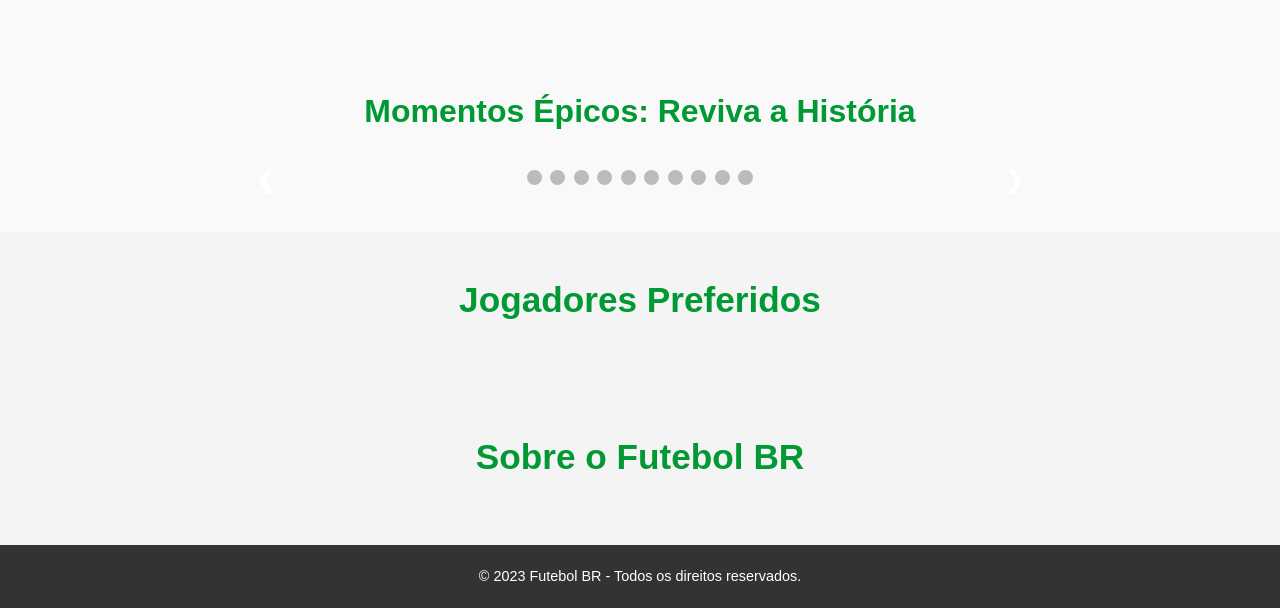
Repository: douglasabnovato/futebol-br
Page: index.html
These files come from the project's save history. The page is drawn as it stood at one moment and after the next save; the edit follows.
The browser window is 1280 px wide. The pictures show the part of the page from y = 4176 to 4784 px (the page is 4784 px tall).
A picture or video elsewhere on the page could not be fetched, so the positions and the page height are approximate.

Above is the page before, as saved 2025-04-13 18:47:08.

After the next save:
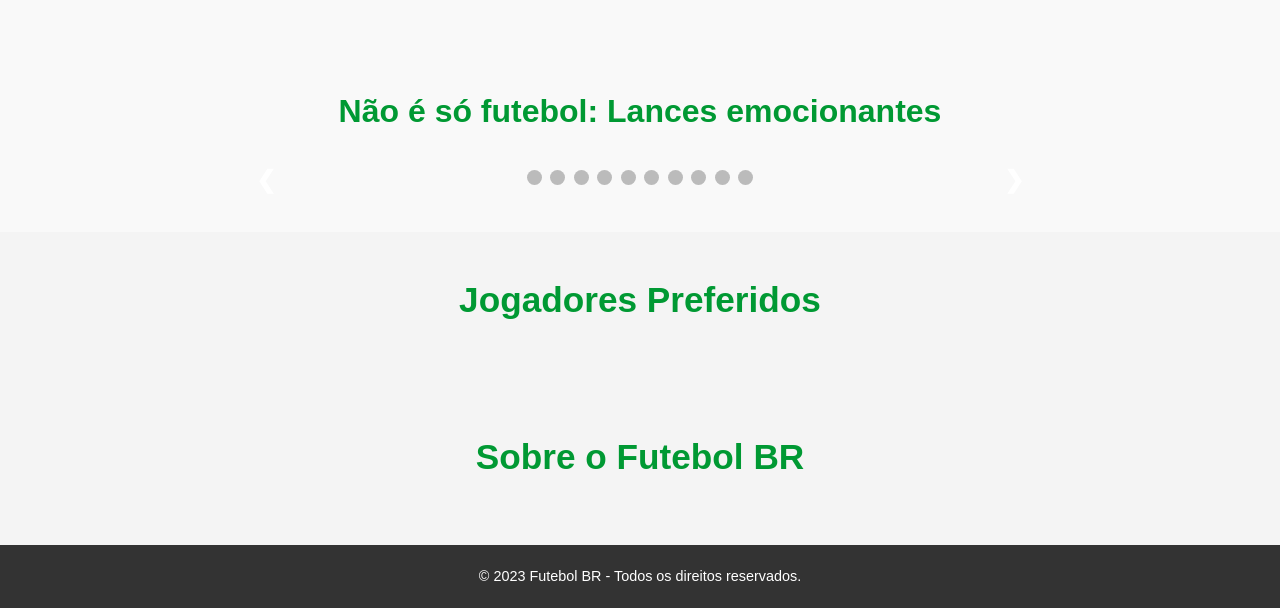
Saved 34 s later.
--- a/index.html
+++ b/index.html
@@ -315,7 +315,7 @@
 
       <section id="jogos-historicos-slideshow" class="section">
         <div class="container">
-          <h2>Momentos Épicos: Reviva a História</h2>
+          <h2>Não é só futebol: Lances emocionantes</h2>
           <div class="slideshow-container">
             <div class="slide fade">
               <img
